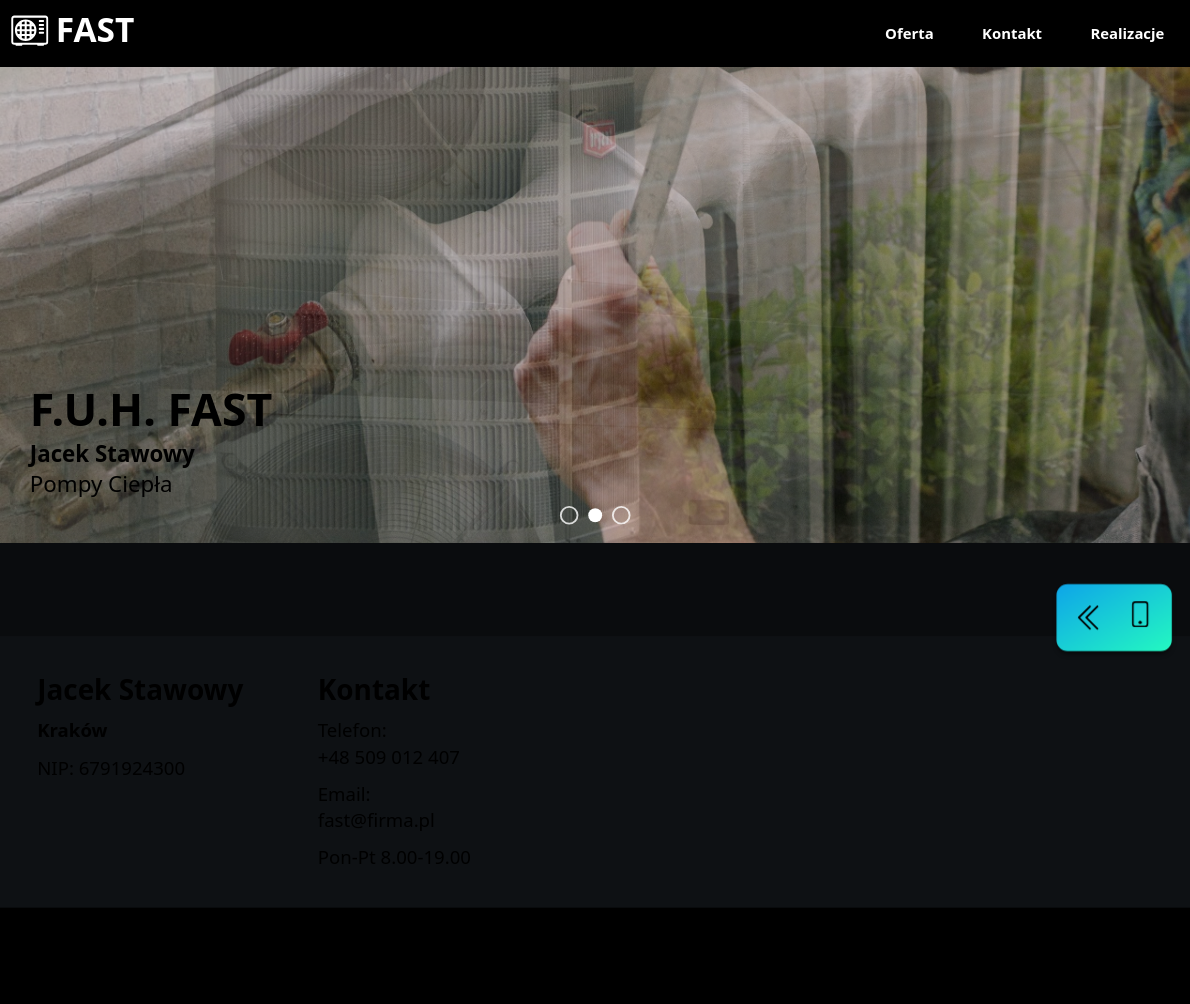
Repository: piotrokrutniak/Fast-CompanyWebsite
Page: /carousel
An editor plug-in stored every save of this project. The page is shown before and after the next save, followed by the edit.
The browser window is 1280 px wide. The pictures show the whole page, at 93% of full size.
The project was rebuilt for these pictures with package versions that can differ from the ones it lists, and the page was loaded fresh each time. The framework's server and built-in components were replaced by stand-ins that run in the browser. Also part of the build but not shown: next.config.js.

Above is the page before, as saved 2023-10-21 12:04:38.

After the next save:
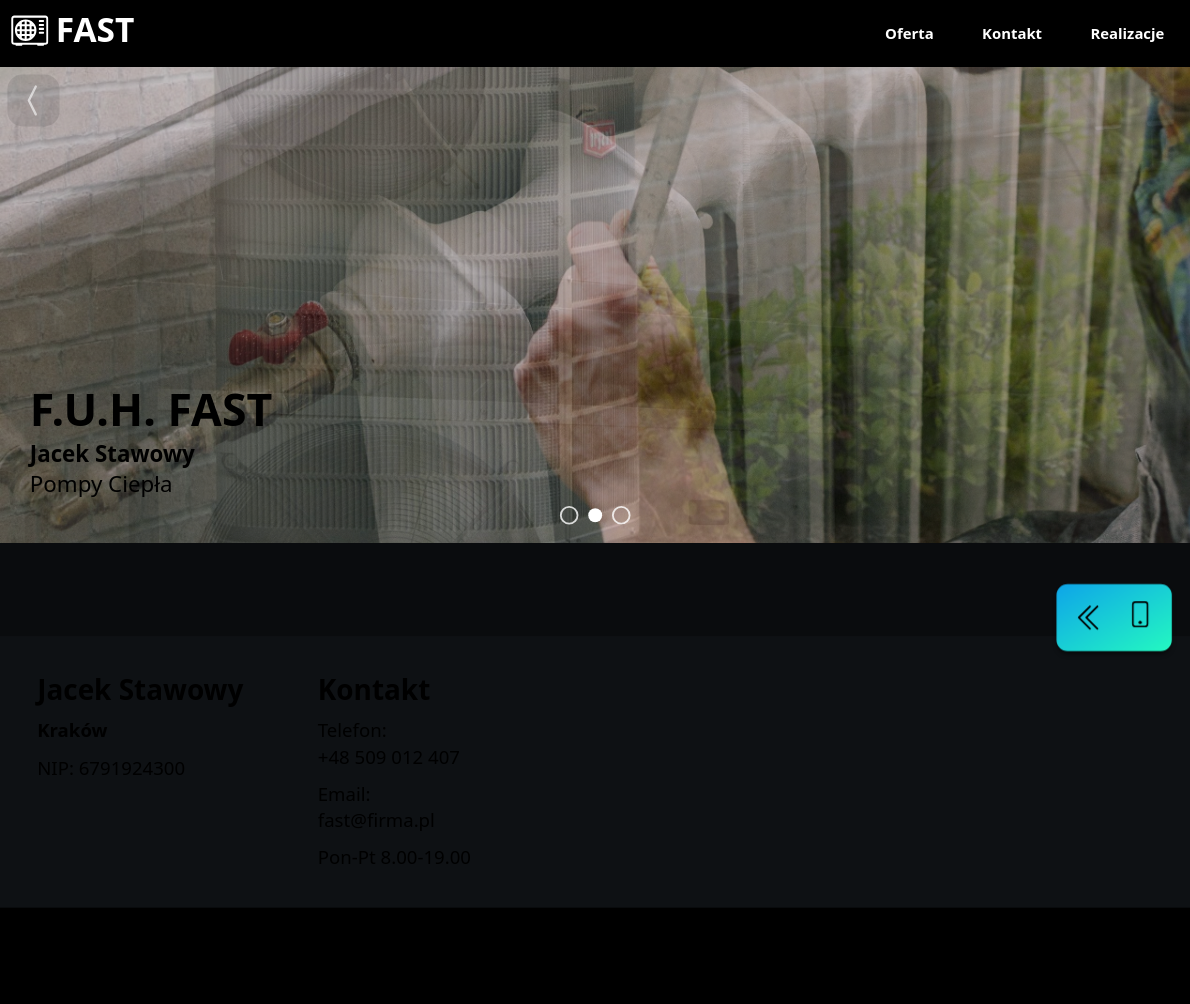
Saved 83 s later.
--- a/src/app/(pages)/carousel/page.js
+++ b/src/app/(pages)/carousel/page.js
@@ -69,15 +69,15 @@
         <div className={`relative w-full max-w-7xl h-128 flex overflow-visible gap-4 -translate-x-[${activeIndex * 100}%] transition-all`}>
             {slides.map((image, index) => <CarouselPanel image={image.img} key={index} index={index} />)}
         </div>
-        <div className='flex w-full justify-between absolute p-2'>
-                <div className='bg-black/10 p-2 rounded-2xl block hover:bg-black/20 active:scale-95'> {/*sm:hidden group-hover:*/}
-                    <BsChevronCompactLeft color='white' className='w-10 z-10 h-10 cursor-pointer opacity-60 hover:opacity-100
-                        transition-all active:scale-95' onClick={() => PrevSlide()}/>
-                </div>
-                <div className='bg-black/10 p-2 z-10 rounded-2xl sm:hidden group-hover:block hover:bg-black/20 active:scale-95'>
-                    <BsChevronCompactRight color='white' className='w-10 h-10 cursor-pointer opacity-60 hover:opacity-100
-                        transition-all active:scale-95' onClick={() => NextSlide()}/>
-                </div>
+        <div className='flex w-full justify-between top-0 absolute p-2'>
+            <div className='bg-black/10 p-2 rounded-2xl block hover:bg-black/20 active:scale-95'> {/*sm:hidden group-hover:*/}
+                <BsChevronCompactLeft color='white' className='w-10 z-10 h-10 cursor-pointer opacity-60 hover:opacity-100
+                    transition-all active:scale-95' onClick={() => PrevSlide()}/>
+            </div>
+            <div className='bg-black/10 p-2 z-10 rounded-2xl sm:hidden group-hover:block hover:bg-black/20 active:scale-95'>
+                <BsChevronCompactRight color='white' className='w-10 h-10 cursor-pointer opacity-60 hover:opacity-100
+                       transition-all active:scale-95' onClick={() => NextSlide()}/>
+            </div>
         </div>
         <div className='absolute bottom-12 px-8 z-20 max-sm:px-5'>
             <div className='font-bold text-5xl relative max-sm:text-4xl'>F.U.H. FAST</div>

After the save that followed:
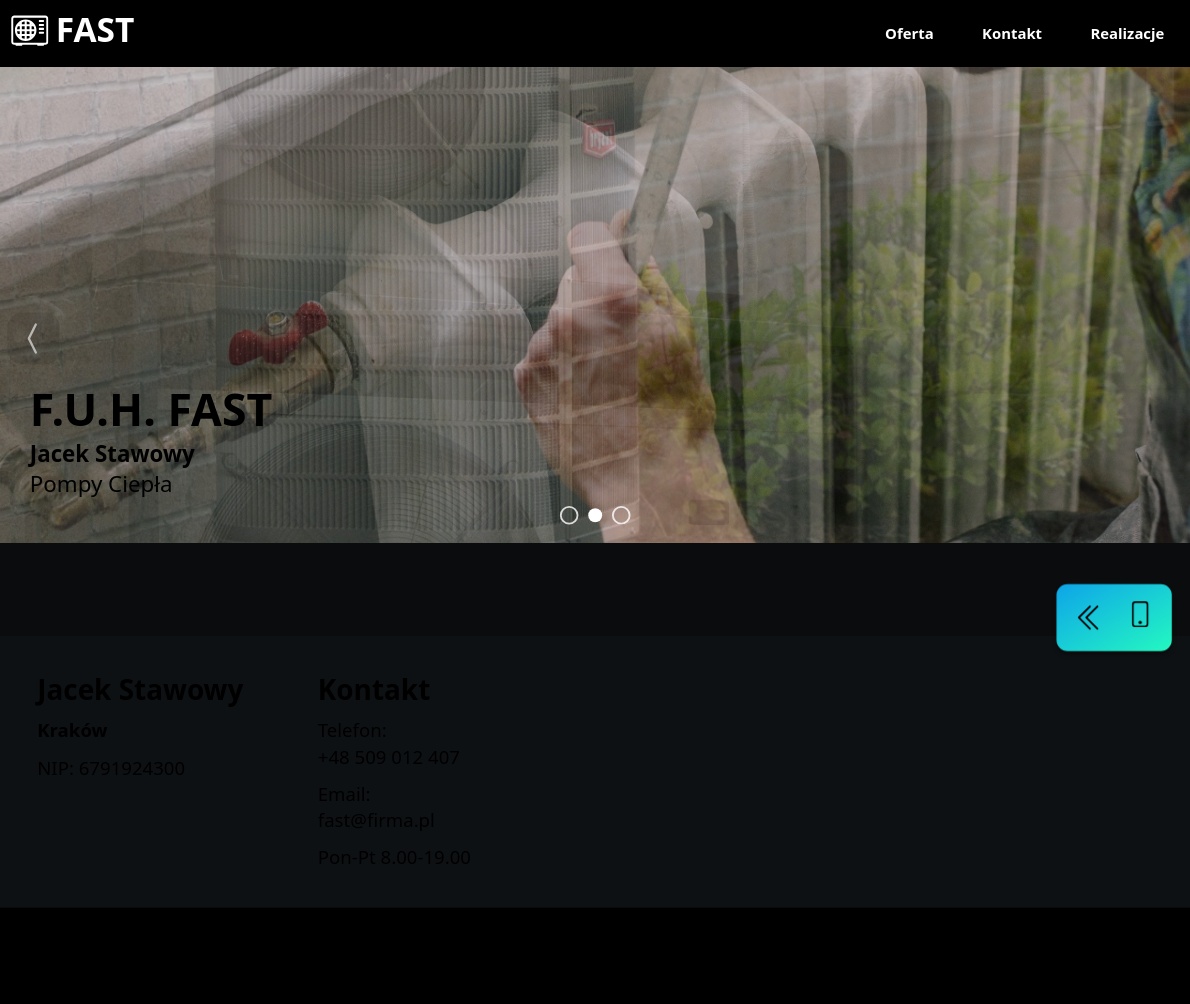
Saved 10 s later.
--- a/src/app/(pages)/carousel/page.js
+++ b/src/app/(pages)/carousel/page.js
@@ -69,7 +69,7 @@
         <div className={`relative w-full max-w-7xl h-128 flex overflow-visible gap-4 -translate-x-[${activeIndex * 100}%] transition-all`}>
             {slides.map((image, index) => <CarouselPanel image={image.img} key={index} index={index} />)}
         </div>
-        <div className='flex w-full justify-between top-0 absolute p-2'>
+        <div className='flex w-full justify-between top-64 absolute p-2'>
             <div className='bg-black/10 p-2 rounded-2xl block hover:bg-black/20 active:scale-95'> {/*sm:hidden group-hover:*/}
                 <BsChevronCompactLeft color='white' className='w-10 z-10 h-10 cursor-pointer opacity-60 hover:opacity-100
                     transition-all active:scale-95' onClick={() => PrevSlide()}/>
